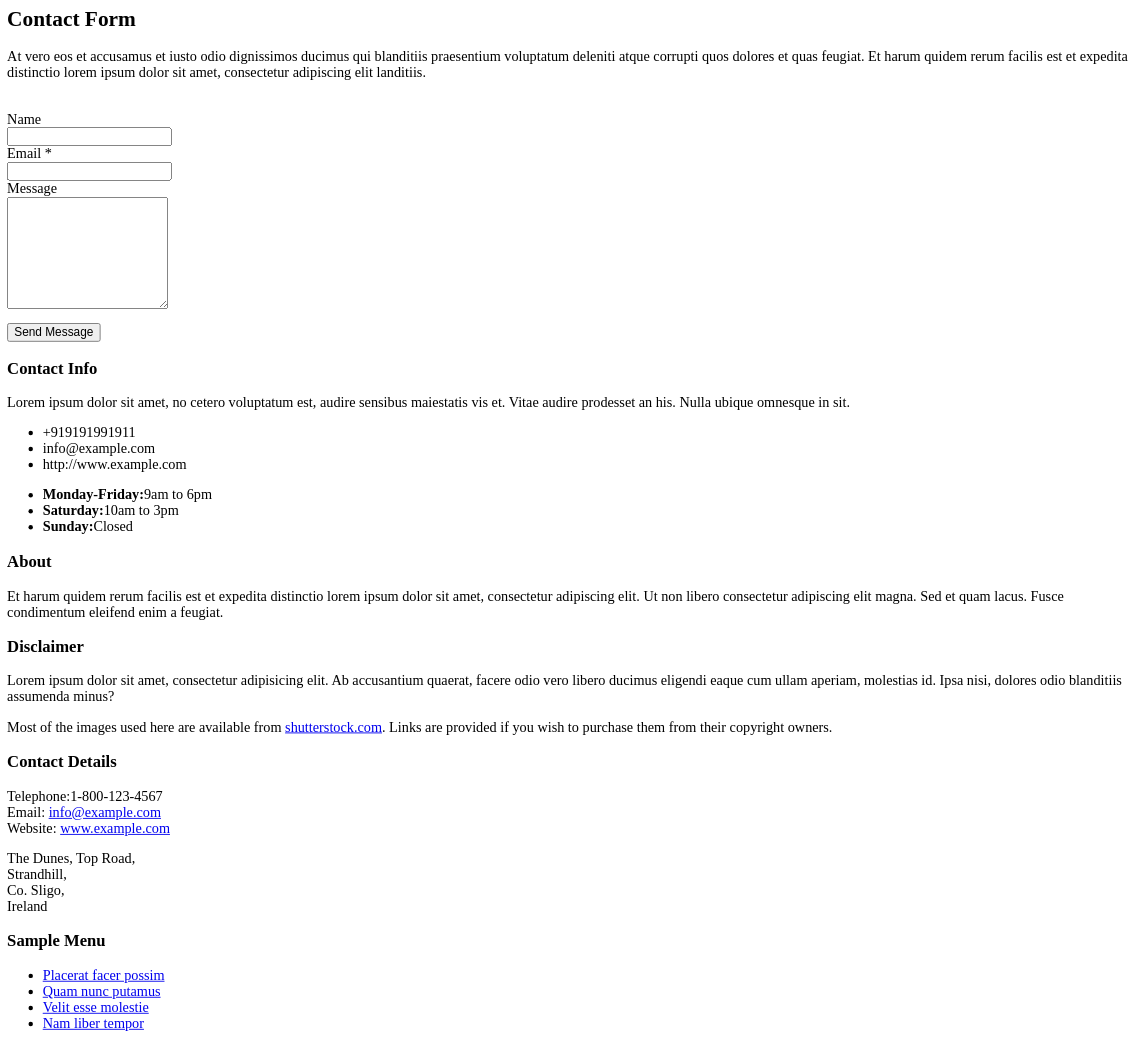
Repository: sanjeevkdp/workspace
Page: http://localhost/WebProject/WEB-INF/views/contact.jsp
These files come from the project's save history. The page is drawn as it stood at one moment and after the next save; the edit follows.
The browser window is 1280 px wide. The pictures show the whole page, at 89% of full size.
The page is served by Tomcat 9. Nobody is signed in. Other server files are loaded and not shown. The template is opened directly, without the code that normally fills it, so the values that code supplies are empty.

Above is the page before, as saved 2016-08-20 04:49:09.

### workspace/org.eclipse.wst.server.core/tmp0/wtpwebapps/WebProjectFrontEnd/META-INF/maven/com.niit/WebProject/src/main/webapp/WEB-INF/views/contact.jsp
<%@ page language="java" contentType="text/html; charset=ISO-8859-1"
    pageEncoding="ISO-8859-1"%>

  <!-- === BEGIN CONTENT === -->
            <div id="content">
                <div class="container background-white">
                    <div class="row margin-vert-30">
                        <!-- Main Column -->
                        <div class="col-md-9">
                            <!-- Main Content -->
                            <div class="headline">
                                <h2>Contact Form</h2>
                            </div>
                            <p>At vero eos et accusamus et iusto odio dignissimos ducimus qui blanditiis praesentium voluptatum deleniti atque corrupti quos dolores et quas feugiat. Et harum quidem rerum facilis est et expedita distinctio lorem ipsum dolor
                                sit amet, consectetur adipiscing elit landitiis.</p>
                            <br>
                            <!-- Contact Form -->
                            <form>
                                <label>Name</label>
                                <div class="row margin-bottom-20">
                                    <div class="col-md-6 col-md-offset-0">
                                        <input class="form-control" type="text">
                                    </div>
                                </div>
                                <label>Email
                                    <span class="color-red">*</span>
                                </label>
                                <div class="row margin-bottom-20">
                                    <div class="col-md-6 col-md-offset-0">
                                        <input class="form-control" type="text">
                                    </div>
                                </div>
                                <label>Message</label>
                                <div class="row margin-bottom-20">
                                    <div class="col-md-8 col-md-offset-0">
                                        <textarea rows="8" class="form-control"></textarea>
                                    </div>
                                </div>
                                <p>
                                    <button type="submit" class="btn btn-primary">Send Message</button>
                                </p>
                            </form>
                            <!-- End Contact Form -->
                            <!-- End Main Content -->
                        </div>
                        <!-- End Main Column -->
                        <!-- Side Column -->
                        <div class="col-md-3">
                            <!-- Recent Posts -->
                            <div class="panel panel-default">
                                <div class="panel-heading">
                                    <h3 class="panel-title">Contact Info</h3>
                                </div>
                                <div class="panel-body">
                                    <p>Lorem ipsum dolor sit amet, no cetero voluptatum est, audire sensibus maiestatis vis et. Vitae audire prodesset an his. Nulla ubique omnesque in sit.</p>
                                    <ul class="list-unstyled">
                                        <li>
                                            <i class="fa-phone color-primary"></i>+919191991911</li>
                                        <li>
                                            <i class="fa-envelope color-primary"></i>info@example.com</li>
                                        <li>
                                            <i class="fa-home color-primary"></i>http://www.example.com</li>
                                    </ul>
                                    <ul class="list-unstyled">
                                        <li>
                                            <strong class="color-primary">Monday-Friday:</strong>9am to 6pm</li>
                                        <li>
                                            <strong class="color-primary">Saturday:</strong>10am to 3pm</li>
                                        <li>
                                            <strong class="color-primary">Sunday:</strong>Closed</li>
                                    </ul>
                                </div>
                            </div>
                            <!-- End recent Posts -->
                            <!-- About -->
                            <div class="panel panel-default">
                                <div class="panel-heading">
                                    <h3 class="panel-title">About</h3>
                                </div>
                                <div class="panel-body">
                                    Et harum quidem rerum facilis est et expedita distinctio lorem ipsum dolor sit amet, consectetur adipiscing elit. Ut non libero consectetur adipiscing elit magna. Sed et quam lacus. Fusce condimentum eleifend enim a feugiat.
                                </div>
                            </div>
                            <!-- End About -->
                        </div>
                        <!-- End Side Column -->
                    </div>
                </div>
            </div>
            <!-- === END CONTENT === -->
            <!-- === BEGIN FOOTER === -->
            <div id="base">
                <div class="container bottom-border padding-vert-30">
                    <div class="row">
                        <!-- Disclaimer -->
                        <div class="col-md-4">
                            <h3 class="class margin-bottom-10">Disclaimer</h3>
                           Lorem ipsum dolor sit amet, consectetur adipisicing elit. Ab accusantium quaerat, facere odio vero libero ducimus eligendi eaque cum ullam aperiam, molestias id. Ipsa nisi, dolores odio blanditiis assumenda minus?</p>  <p>Most of the images used here are available from
                                <a href="http://www.shutterstock.com/" target="_blank">shutterstock.com</a>. Links are provided if you wish to purchase them from their copyright owners.</p>
                        </div>
                        <!-- End Disclaimer -->
                        <!-- Contact Details -->
                        <div class="col-md-4 margin-bottom-20">
                            <h3 class="margin-bottom-10">Contact Details</h3>
                            <p>
                                <span class="fa-phone">Telephone:</span>1-800-123-4567
                                <br>
                                <span class="fa-envelope">Email:</span>
                                <a href="mailto:info@example.com">info@example.com</a>
                                <br>
                                <span class="fa-link">Website:</span>
                                <a href="http://www.example.com">www.example.com</a>
                            </p>
                            <p>The Dunes, Top Road,
                                <br>Strandhill,
                                <br>Co. Sligo,
                                <br>Ireland</p>
                        </div>
                        <!-- End Contact Details -->
                        <!-- Sample Menu -->
                        <div class="col-md-4 margin-bottom-20">
                            <h3 class="margin-bottom-10">Sample Menu</h3>
                            <ul class="menu">
                                <li>
                                    <a class="fa-tasks" href="#">Placerat facer possim</a>
                                </li>
                                <li>
                                    <a class="fa-users" href="#">Quam nunc putamus</a>
                                </li>
                                <li>
                                    <a class="fa-signal" href="#">Velit esse molestie</a>
                                </li>
                                <li>
                                    <a class="fa-coffee" href="#">Nam liber tempor</a>
                                </li>
                            </ul>
                            <div class="clearfix"></div>
                        </div>
                        <!-- End Sample Menu -->
                    </div>
                </div>
            </div>

After the next save:
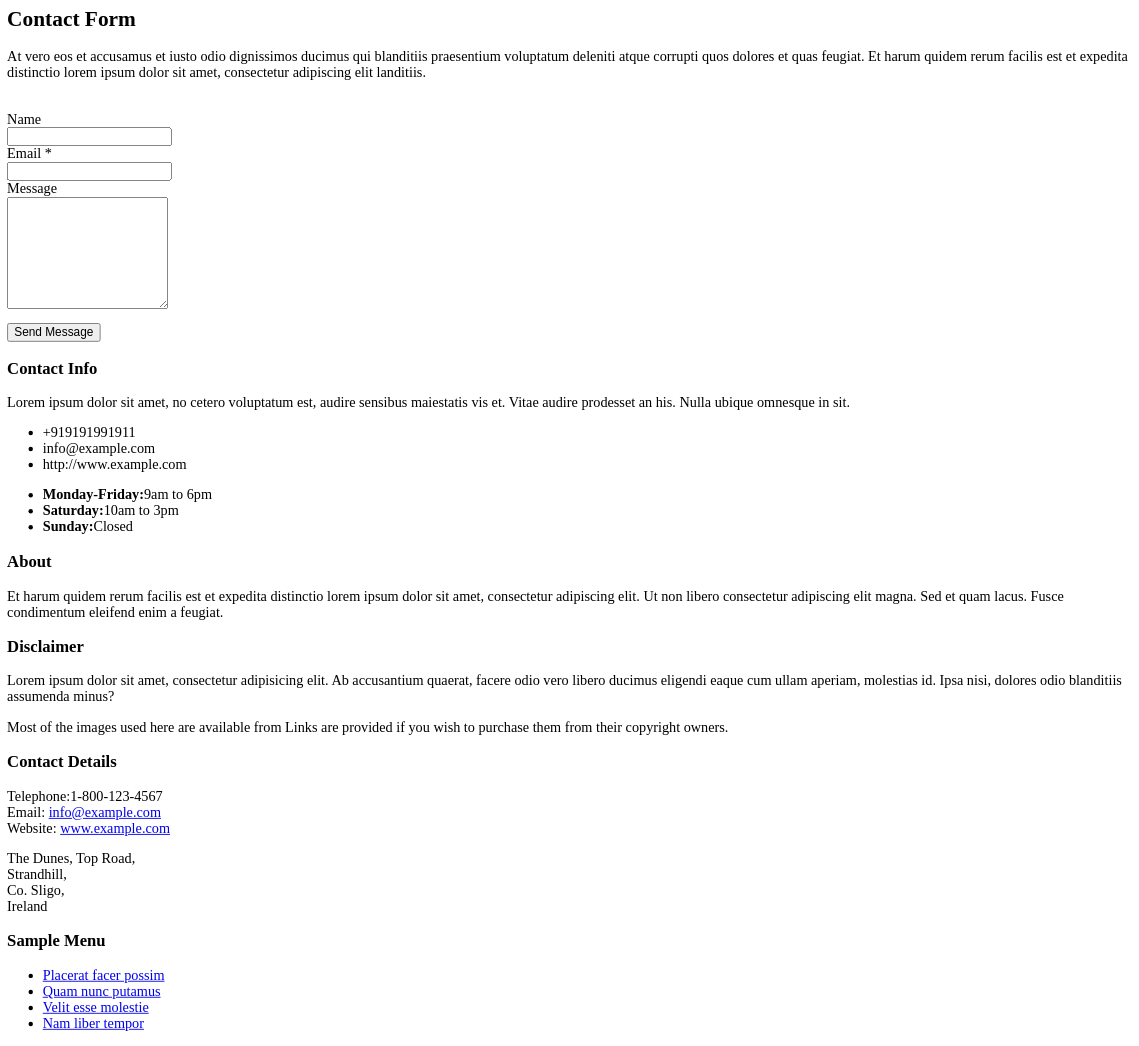
Saved 37 s later.
--- a/workspace/org.eclipse.wst.server.core/tmp0/wtpwebapps/WebProjectFrontEnd/META-INF/maven/com.niit/WebProject/src/main/webapp/WEB-INF/views/contact.jsp
+++ b/workspace/org.eclipse.wst.server.core/tmp0/wtpwebapps/WebProjectFrontEnd/META-INF/maven/com.niit/WebProject/src/main/webapp/WEB-INF/views/contact.jsp
@@ -95,8 +95,8 @@
                         <!-- Disclaimer -->
                         <div class="col-md-4">
                             <h3 class="class margin-bottom-10">Disclaimer</h3>
-                           Lorem ipsum dolor sit amet, consectetur adipisicing elit. Ab accusantium quaerat, facere odio vero libero ducimus eligendi eaque cum ullam aperiam, molestias id. Ipsa nisi, dolores odio blanditiis assumenda minus?</p>  <p>Most of the images used here are available from
-                                <a href="http://www.shutterstock.com/" target="_blank">shutterstock.com</a>. Links are provided if you wish to purchase them from their copyright owners.</p>
+                          <p> Lorem ipsum dolor sit amet, consectetur adipisicing elit. Ab accusantium quaerat, facere odio vero libero ducimus eligendi eaque cum ullam aperiam, molestias id. Ipsa nisi, dolores odio blanditiis assumenda minus?</p>  <p>Most of the images used here are available from
+                                 Links are provided if you wish to purchase them from their copyright owners.</p>
                         </div>
                         <!-- End Disclaimer -->
                         <!-- Contact Details -->
